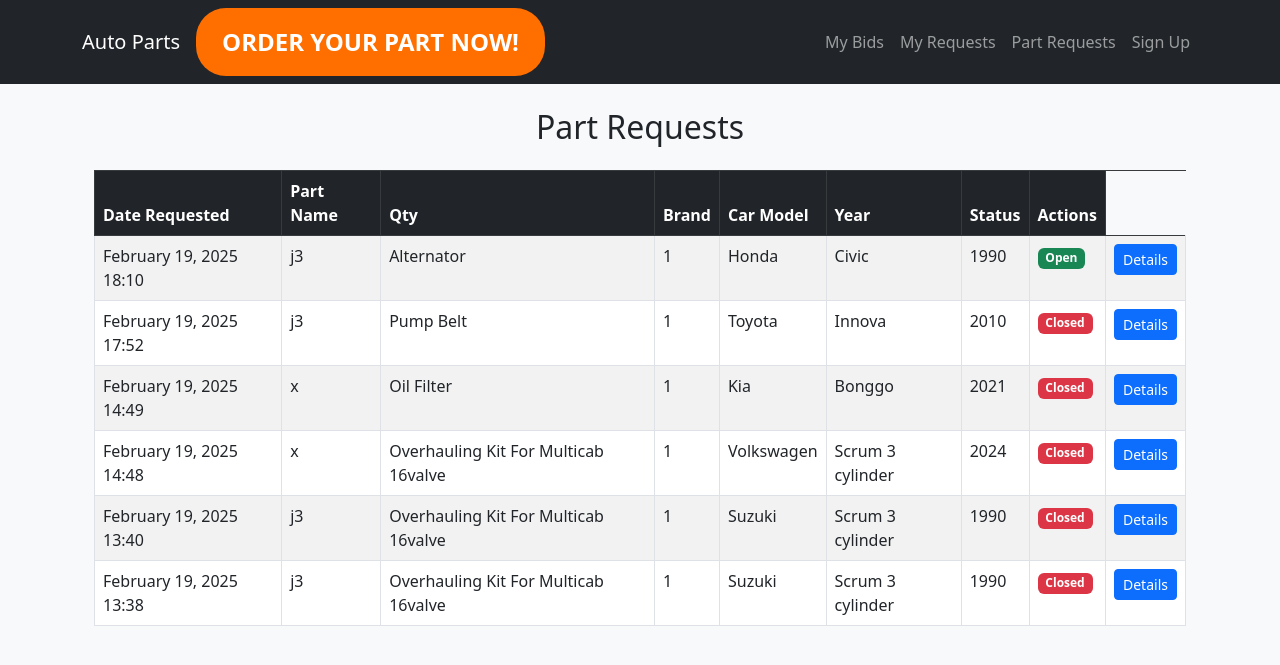
Repository: Jijiluzana225/onlineparts
Page: http://localhost/part-requests/
These files come from the project's save history. The page is drawn as it stood at one moment and after the next save; the edit follows.
The browser window is 1280 px wide. The pictures show the whole page.
The page is served by the project's application, run on Django 5.2 (manage.py). The page reads the database file committed with the project.

Above is the page before, as saved 2025-02-19 17:15:06.

After the next save:
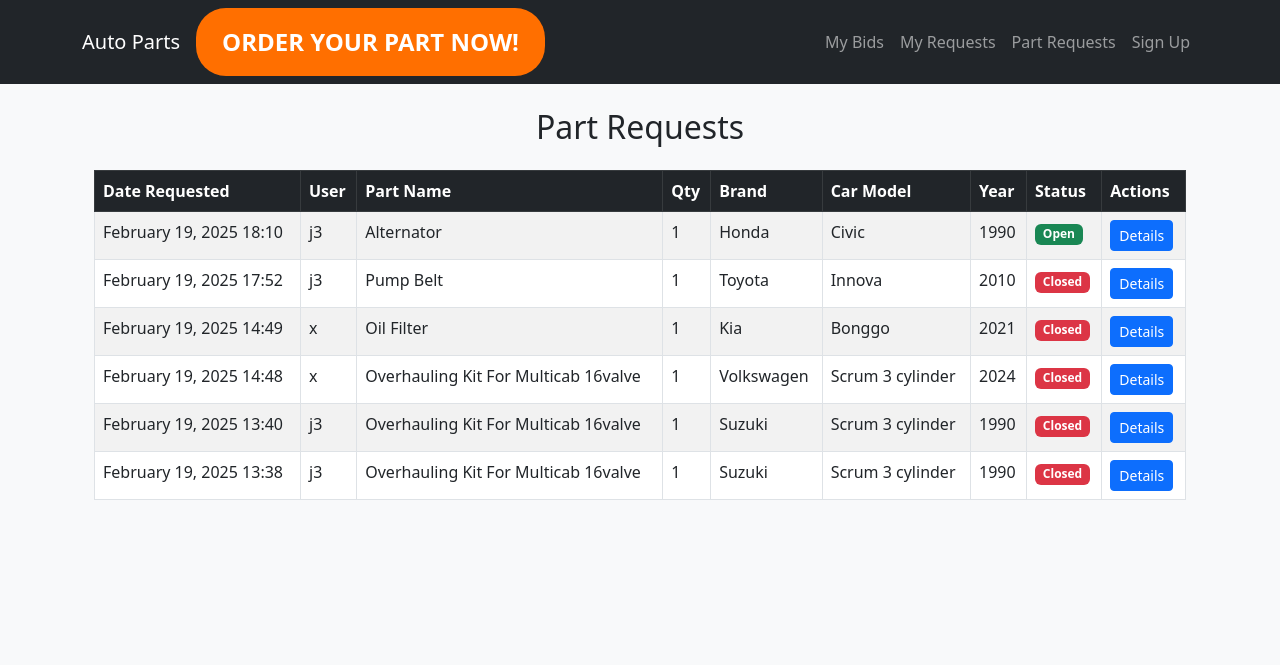
Saved 12 s later.
--- a/orders/templates/orders/part_request_list.html
+++ b/orders/templates/orders/part_request_list.html
@@ -8,6 +8,7 @@
             <thead class="table-dark">
                 <tr>
                     <th>Date Requested</th>
+                    <th>User</th>
                     <th>Part Name</th>
                     <th>Qty</th>
                     <th>Brand</th>
